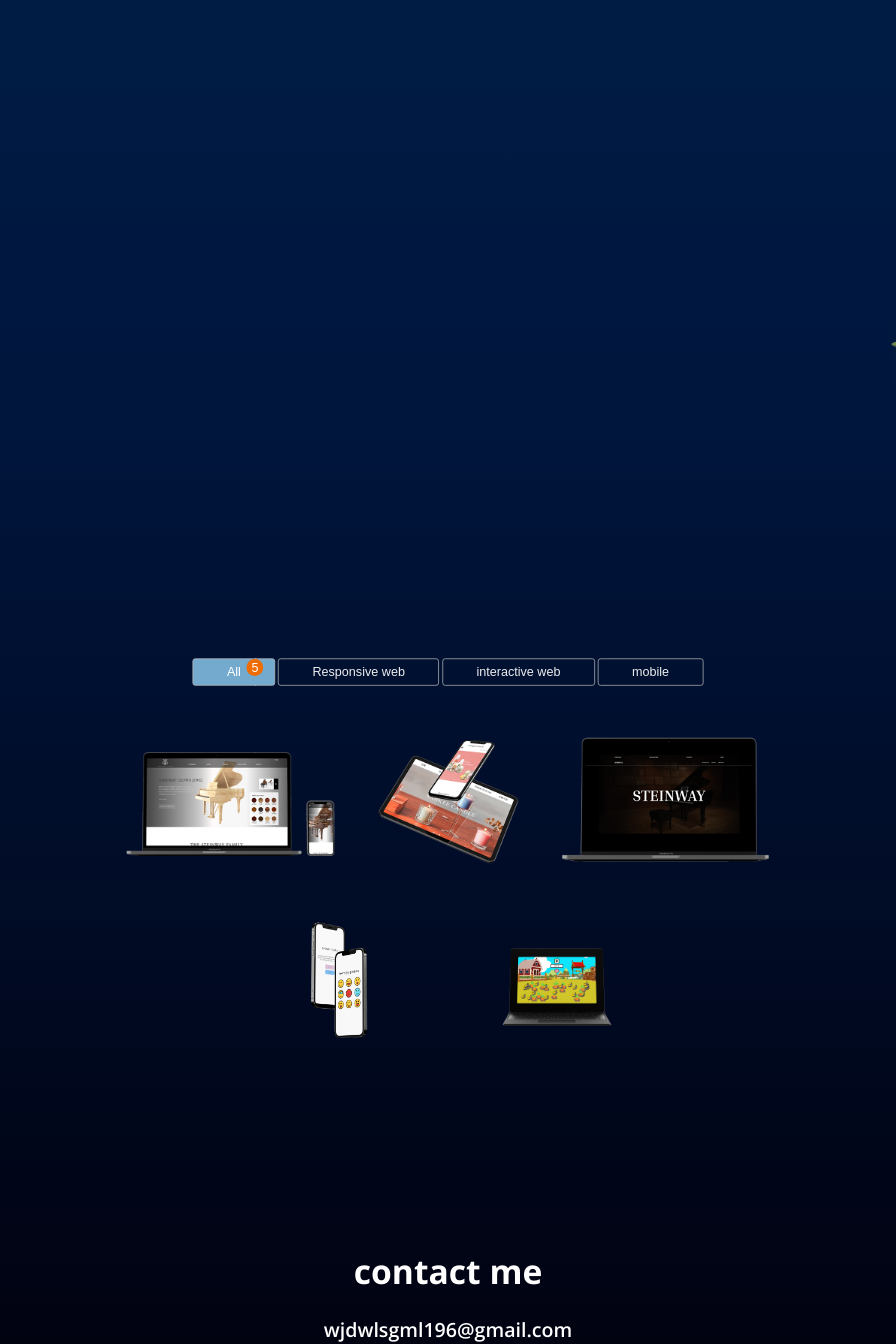
Repository: jinhee196/portfolio
Page: index.html
The author's editor kept a copy of each file at every save. The page is drawn from the files as they stood at one save, then again after the next save.
The browser window is 1280 px wide. The pictures show the part of the page from y = 2471 to 4391 px (the page is 4559 px tall), at 70% of full size.
Some web libraries are served in a nearby version.

Above is the page before, as saved 2021-06-06 20:18:27.

### index.html
<!DOCTYPE html>
<html lang="ko">
<head>
    <meta charset="UTF-8">
    <meta http-equiv="X-UA-Compatible" content="IE=edge">
    <meta name="viewport" content="width=device-width, initial-scale=1.0">
    <title>Jinhee's Portfolio</title>
    <meta name="description" content="Portfolio for worl">
    <meta name="author" content="jinhee">
    <link rel="icon" type="image/png" href="img/favicon1.ico">
    <script src="https://kit.fontawesome.com/ef20572bd9.js" crossorigin="anonymous"></script>
    <link rel="preconnect" href="https://fonts.gstatic.com">
    <link href="https://fonts.googleapis.com/css2?family=Open+Sans:wght@400;600;700&display=swap" rel="stylesheet">
    <link rel="stylesheet" href="style.css">
    <script type="text/javascript" src="https://cdnjs.cloudflare.com/ajax/libs/gsap/3.5.1/gsap.min.js"></script>
    <script type="text/javascript" src="https://unpkg.com/gsap@3/dist/ScrollToPlugin.min.js"></script>
    <script src="main.js" defer></script>
    <script src="https://cdn.jsdelivr.net/npm/underscore@1.13.1/underscore-umd-min.js"></script>

</head>
<body>
    <nav id="navbar">
        <div class="navbar__logo">
            <i class="fas fa-feather"></i>
            <a href="#">Jinhee</a>
        </div>
        <ul class="navbar__menu">
            <li class="navbar__menu__item active" data-link="#home">Home</li>
            <li class="navbar__menu__item" data-link="#about">About</li>
            <li class="navbar__menu__item" data-link="#skills">Skills</li>
            <li class="navbar__menu__item" data-link="#work">My work</li>
            <!-- <li class="navbar__menu__item" data-link="#testimonials">Testimonials</li> -->
            <li class="navbar__menu__item" data-link="#contact">Contact</li>
        </ul>
        <!-- Toggle button -->
        <button class="navbar__toggle-btn">
            <i class="fas fa-bars"></i>
        </button>
    </nav>

    <section id="home">
        <div class="home__container">
        <div class="home__avatar"><img src="img/me.jpg" alt="photo"></div>
        <h1 class="home__title">Hello, <br />I'm Jinhee Jeong</h1>
        <h2 class="home__description">프론트엔드 개발자로 성장하는 웹 퍼블리셔</h2>
        <button class="home__contact">Contact me</button>
        </div>
    <div class="circle a"></div>
    <div class="circle b"></div>
    <div class="circle c"></div>
    <div class="circle d"></div>
    <div class="circle e"></div>
    <div class="circle f"></div>
    <div class="circle g"></div>
    <div class="circle s"></div>
    <div class="circle i"></div>
    <div class="circle j"></div>
    <div class="circle k"></div>
    <div class="circle l"></div>
    <div class="circle m"></div>
    <div class="circle n"></div>
    <div class="circle o"></div>
    <div class="circle p"></div>
    <div class="circle q"></div>
    <div class="circle r"></div>
    <div class="circle s"></div>

    </section>
    <section id="about" class="section section__container">
        <h1><span>A</span><span>b</span><span>o</span><span>u</span><span>t</span>&nbsp;<span>m</span><span>e</span></h1>
        <p>interactiv 반응형 홈페이지와 재밌는 미니게임, 모바일 일기장을 완료하였고,
           앞으로 계속 성장하고자 하는 열망이 넘치는 신입 웹퍼블리셔입니다.
           현재에 안주하지 않고 스스로 skill을 쌓아 회사의 성장에도 기여할 수 있는,
           실력있는 웹퍼블리셔이자 프론트엔드 개발자가 되기위해 노력하겠습니다.
        </p>
        <div class="about__majors">
            <div class="major">
                <div class="major__icon">
                    <div class='wave -one'></div>
                    <div class='wave -two'></div>
                    <div class='wave -three'></div>
                    <i class="fab fa-html5"></i>
                </div>
                <h2 class="major__title">HTML5</h2>
                <div class="major__description">HTML5, 빠른 마크업, 시멘틱 태그, 웹 접근성</div>
            </div>
            <div class="major">
                <div class="major__icon">
                    <div class='wave -one'></div>
                    <div class='wave -two'></div>
                    <div class='wave -three'></div>
                    <i class="fab fa-css3-alt"></i>
                </div>
                <h2 class="major__title">CSS3</h2>
                <div class="major__description">CSS3, FlexBox, Grid, Animation</div>
            </div>
            <div class="major">
                <div class="major__icon">
                    <div class='wave -one'></div>
                    <div class='wave -two'></div>
                    <div class='wave -three'></div>
                    <i class="fab fa-js-square"></i>
                </div>
                <h2 class="major__title">JavaScript</h2>
                <div class="major__description">ES6, DOM APIs, Web APIs</div>
            </div>
        </div>
        <div class="about__jobs">
            <div class="job">
                <img src="img/thejeun.png" alt="theJoeun" class="job__logo">
                <div class="job__description">
                <p class="job__name">UI/UX 웹디자인 실무자 양성(웹퍼블리셔,프론트엔드)</p>
                <p class="job__period">기간: 2020-12-29~2021-04-22</p>
                </div>
            </div>
        </div>
    </section>
    <section id="skills" class="section">
        <div class="section__container">
        <h1>Skills</h1>
        <h2>Skills & Attributes</h2>
        <p>
            저는 항상 새로운 기술을 배우는 데 관심이 있습니다. 이와 함께
            능동적으로 경험을 쌓아 나가며 제 직무에 대한 책임감을
            갖고 성실히 임하겠습니다.
            저의 최종적인 목표는 웹사이트를 구성하는 것에 이어서
            서버개발까지 나아가 넓은 시야를 갖고 팀원들과 좋은
            시너지를 내며 긍정적인 에너지를 주는 것 입니다.
            이를 통해 동료들과 원활히 소통하여 조화롭게 프로젝트를 완수하고,
            회사의 성장에 함께 할 수 있는 사람이 되겠습니다.
        </p>
        <div class="skillset">
            <div class="skillset__left">
                <h3 class="skillset__title">Skills</h3>
                <div class="skill">
                    <div class="skill__description">
                        <span>HTML</span>
                        <span>95%</span>
                    </div>
                    <div class="skill__bar">
                        <div class="skill__value" style="width: 95%"></div>
                    </div>
                </div>
                <div class="skill">
                    <div class="skill__description">
                        <span>CSS</span>
                        <span>87%</span>
                    </div>
                    <div class="skill__bar">
                        <div class="skill__value" style="width: 87%"></div>
                    </div>
                </div>
                <div class="skill">
                    <div class="skill__description">
                        <span>jQuery</span>
                        <span>80%</span>
                    </div>
                    <div class="skill__bar">
                        <div class="skill__value" style="width: 80%"></div>
                    </div>
                </div>
                <div class="skill">
                    <div class="skill__description">
                        <span>JavaScript</span>
                        <span>70%</span>
                    </div>
                    <div class="skill__bar">
                        <div class="skill__value" style="width: 70%"></div>
                    </div>
                </div>
                <!-- <div class="skill">
                    <div class="skill__description">
                        <span>React</span>
                        <span>0%</span>
                    </div>
                    <div class="skill__bar">
                        <div class="skill__value" style="width: 0"></div>
                    </div>
                </div>
                <div class="skill">
                    <div class="skill__description">
                        <span>TypeScript</span>
                        <span>0%</span>
                    </div>
                    <div class="skill__bar">
                        <div class="skill__value" style="width: 0"></div>
                    </div>
                </div> -->
            </div>
            <div class="skillset__right">
                <div class="tools">
                    <h3 class="skillset__title">Tools</h3>
                    <ul class="tools__list">
                        <li><span>Visual Studio Code</span></li>
                        <li><span>Braket</span></li>
                    </ul>
                </div>
                <div class="etc">
                    <h3 class="skillset__title">Etc</h3>
                    <ul class="etc__list">
                        <li><span>Git</span></li>
                        <li><span>PhotoShop</span></li>
                    </ul>
                </div>
            </div>
        </div>
        </div>
    </section>
    <section id="work" class="section">
        <img src="img/sea-fish2.png" alt="" class="sea-fish">
        <img src="img/sea-fish3.png" alt="" class="sea-fish3">
        <div id="model">
            <model-viewer id="whale" src="img/whale.glb" alt="A 3D model of a robot" camera-orbit="-60deg 0 10m" background-color="#000"></model-viewer>
        </div>
        <div class="section__container">
         <div class="bubbleBg"><!--버블 bg 넣기--></div>
         <section class="top">
            <h1 class="title">
                <span>M</span>
                <span>y</span>
                 &nbsp;
                <span>W</span>
                <span>o</span>
                <span>r</span>
                <span>k</span>
            </h1>
            <h3 class="subtitle">Projects</h3>
         </section>
         <section class="bottom">
        <div class="work__categories">
            <button class="category__btn selected" data-filter="*">All<span class="category__count">5</span></button>
            <button class="category__btn" data-filter="respon">Responsive web<span class="category__count">2</span></button>
            <button class="category__btn" data-filter="interaction">interactive web<span class="category__count">1</span></button>
            <button class="category__btn" data-filter="mobile">mobile<span class="category__count">2</span></button>
        </div>
        <div class="work__projects">
            <a href="https://jinhee196.github.io/steinway-main/" class="project" target="_blank" data-type="respon">
                <img src="img/stein.png" alt="steinway" class="project__img">
                <div class="project__description">
                    <h3>Steinway Site</h3>
                    <span>Main Page with HTML, CSS and JavaScript(+jQuery)</span>
                </div>
            </a>
            <a href="https://jinhee196.github.io/yankee-candle/" class="project" target="_blank" data-type="respon">
                <img src="img/yankee.png" alt="yankee-candle" class="project__img">
                <div class="project__description">
                    <h3>Yankee-candle Site</h3>
                    <span>Main Page with HTML, CSS and jQuery(+plugIn)</span>
                </div>
            </a>
            <a href="https://jinhee196.github.io/steinway-sub/" class="project" target="_blank" data-type="interaction">
                <img src="img/Mockup_03.png" alt="interactiv" class="project__img">
                <div class="project__description">
                    <h3>Steinway Site Subpage</h3>
                    <span>Sub Page with HTML, CSS and JavaScript</span>
                </div>
            </a>
            <a href="https://jinhee196.github.io/diary/" class="project" target="_blank" data-type="mobile">
                <img src="img/mobile.png" alt="mobile" class="project__img">
                <div class="project__description">
                    <h3>A diary by one book</h3>
                    <span>Mobile diary with HTML, CSS and JavaScript</span>
                </div>
            </a>
            <a href="https://jinhee196.github.io/mini-game/" class="project" target="_blank" data-type="mobile">
                <img src="img/miniGame.png" alt="mobile" class="project__img">
                <div class="project__description">
                    <h3>Easy and fun Mini Game</h3>
                    <span>Mini Game with HTML, CSS and JavaScript</span>
                </div>
            </a>
        </div>
    </section>
</div>


</section>
    <section id="testimonials" class="section">
        <div class="section__container">
          <h1>Testimonials</h1>
          <h3>See what they say about me</h3>
          <div class="testimonials">
            <div class="testimonial">
                <img src="" alt="" class="testimonial__avatar">
                <div class="testimonial__speech-bubble">
                    <p>Lorem, ipsum dolor sit amet consectetur adipisicing elit.
                         Consectetur repellendus unde cum delectus nisi nulla
                         tempore. Dolorem, molestias laboriosam natus, pariatur
                         accusamus ullam, mollitia excepturi illo dolorum ipsum
                         molestiae ea?</p>
                    <p class="name"><a href="#">Ellie</a></p>
                </div>
            </div>
            <div class="testimonial">
                <div class="testimonial__speech-bubble">
                    <p>Lorem, ipsum dolor sit amet consectetur adipisicing elit.
                        Consectetur repellendus unde cum delectus nisi nulla
                        tempore. Dolorem, molestias laboriosam natus, pariatur
                        accusamus ullam, mollitia excepturi illo dolorum ipsum
                        molestiae ea?</p>
                    <p class="name"><a href="#">Ellie</a></p>
                </div>
                <img src="" alt="" class="testimonial__avatar">
            </div>
        </div>
        </div>
    </section>
    <section id="contact" class="section">
        <div class="imgbox">
          <img src="img/Lfish.png" alt="lightfish" class="Lfish">
          <div class="light"></div>
        </div>
        <h1 class="contact__title">contact me</h1>
        <h2 class="contact__email">wjdwlsgml196@gmail.com</h2>
        <div class="contact__links">
            <a href="https://github.com/jinhee196" target="_blank">
                <i class="fab fa-github"></i>
            </a>
        </div>
        <p class="contact__rights">2021 Jinhee - All rights reserved</p>
    </section>
    <button id="top"><i class="fas fa-arrow-up"></i></button>

     <!-- Loads model-viewer for modern browsers -->
     <script type="module" src="https://unpkg.com/@google/model-viewer/dist/model-viewer.js"></script>
     <!-- Loads model-viewer for older browsers -->
     <script nomodule src="https://unpkg.com/@google/model-viewer/dist/model-viewer-legacy.js"></script>

</body>
</html>

Loaded but not shown: main.js (358 lines, source omitted); style.css (896 lines, source omitted)

After the next save:
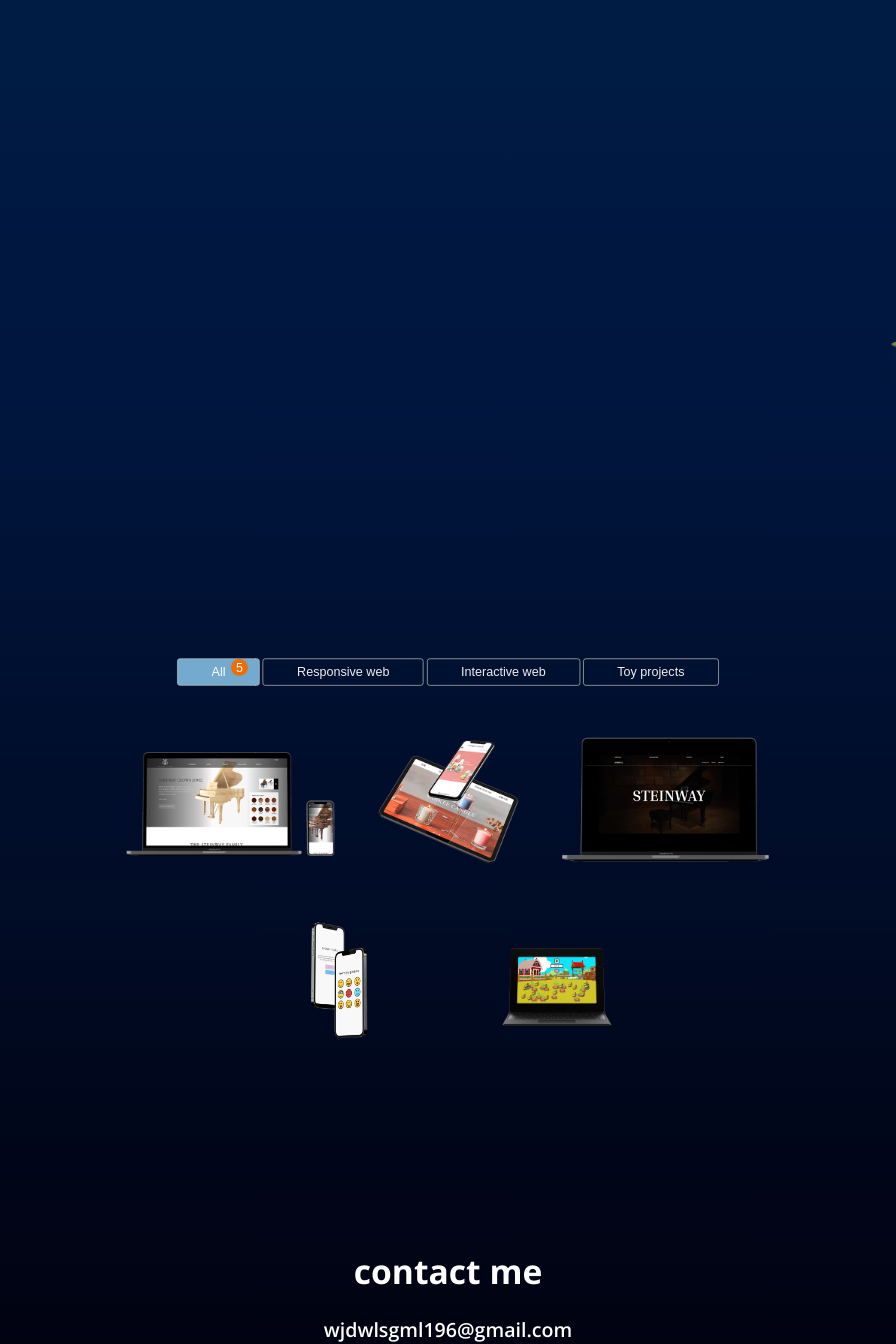
Saved 4 min 47 s later.
--- a/index.html
+++ b/index.html
@@ -230,8 +230,8 @@
         <div class="work__categories">
             <button class="category__btn selected" data-filter="*">All<span class="category__count">5</span></button>
             <button class="category__btn" data-filter="respon">Responsive web<span class="category__count">2</span></button>
-            <button class="category__btn" data-filter="interaction">interactive web<span class="category__count">1</span></button>
-            <button class="category__btn" data-filter="mobile">mobile<span class="category__count">2</span></button>
+            <button class="category__btn" data-filter="interaction">Interactive web<span class="category__count">1</span></button>
+            <button class="category__btn" data-filter="mobile">Toy projects<span class="category__count">2</span></button>
         </div>
         <div class="work__projects">
             <a href="https://jinhee196.github.io/steinway-main/" class="project" target="_blank" data-type="respon">
